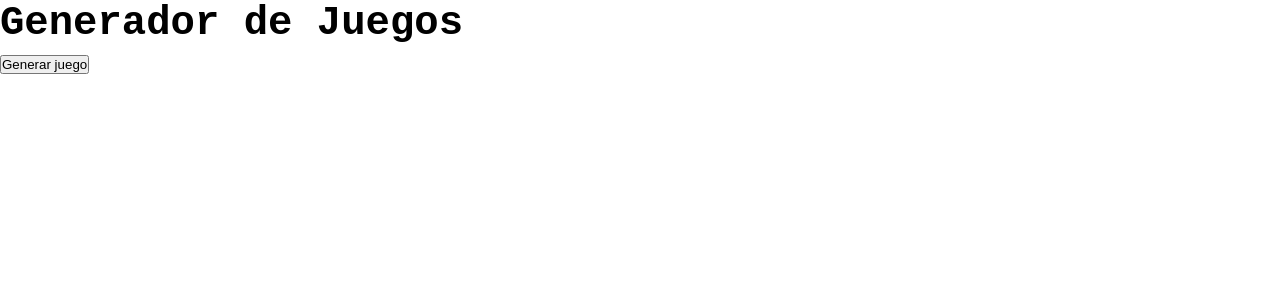
Repository: Pandrea-hub/generador-juegos
Page: public/index.html
The author's editor kept a copy of each file at every save. The page is drawn from the files as they stood at one save, then again after the next save.
The browser window is 1280 px wide. The pictures show the whole page.

Above is the page before, as saved 2022-04-24 18:28:35.

### public/index.html
<!DOCTYPE html>
<html lang="en">
<head>
    <meta charset="UTF-8">
    <meta http-equiv="X-UA-Compatible" content="IE=edge">
    <meta name="viewport" content="width=device-width, initial-scale=1.0">
    <title>Generador de Juegos</title>
    <link rel="stylesheet" href="./style.css">
</head>
<body>
    <header>
        <h1>Generador de Juegos</h1>
    </header>


    <main>
        <section class="main-game--head">
            <div>
                <img id="image">
            </div>
            <div>
                <h2 id="title"></h2>
                <p id="genre"></p>
                <p id="release_date"></p>
            </div>
        </section>
        <section>
            <article class="main-game--contain">
                <p id="description"></p>
                <div class="main-game--information">
                    <p id="publisher"></p>
                    <p id="developer"></p>
                    <p id="platform"></p>
                    <a id="game-url"></a>
                </div>
            </article>

            <button id="btnLoad">Generar juego</button>
        </section>
    </main>

    <footer>

    </footer>



    <script src="./script.js"></script>
</body>
</html>

### public/style.css
*{
    padding: 0;
    margin: 0;
    box-sizing: border-box;
}

html{
    font-size: 62.5%;
    font-family: monospace;
}


h1{
    font-size: 5rem;
}

h2{
    font-size: 3rem;
}

p{
    font-size: 2rem;
}

### public/script.js
console.log("script.js is loaded");

document.querySelector('#btnLoad').addEventListener('click',()=>{
    getGameName();
});


async function getGameName(){
    var response = await fetch('/gamename');
    var data = await response.json();
    var number = random(1,518)
    var img = document.querySelector('#image');
    var a = document.querySelector('#game-url');


    if(data[number]== undefined){
        getGameName();
    }else{
        img.src = data[number].thumbnail;
        img.alt = 'Imagen del juego '+ data[number].title;
        document.querySelector('#title').textContent = data[number].title;
        document.querySelector('#genre').textContent = "Genero: "+data[number].genre;
        document.querySelector('#release_date').textContent = "Fecha de lanzamiento: "+ data[number].release_date;
        document.querySelector('#description').textContent = data[number].short_description;
        document.querySelector('#publisher').textContent = data[number].publisher;
        document.querySelector('#developer').textContent = data[number].developer;
        document.querySelector('#platform').textContent = data[number].platform;
        a.href = data[number].game_url;
        a.textContent = "Ir";
        a.target="_blank";

    }
}

function random(min, max) {
    return Math.floor((Math.random() * (max - min + 1)) + min);
}

After the next save:
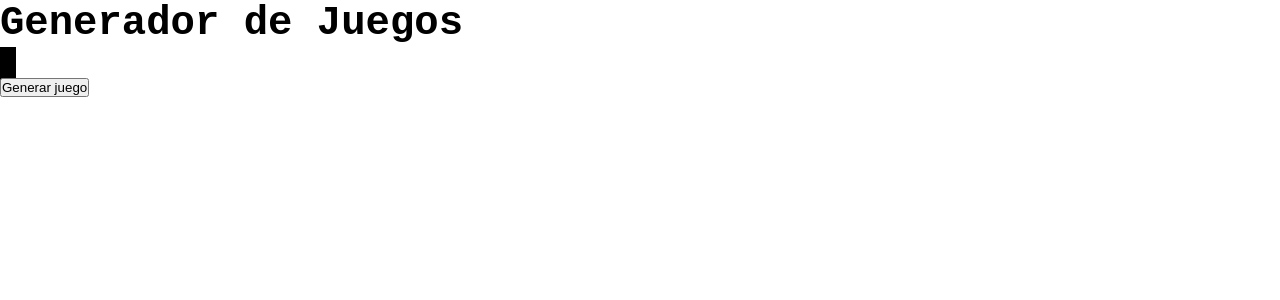
Saved 44 s later.
--- a/public/style.css
+++ b/public/style.css
@@ -21,3 +21,10 @@ h2{
 p{
     font-size: 2rem;
 }
+
+a{
+    font-size: 2.5rem;
+    background-color: black;
+    color: white;
+    padding: 1rem;
+}

After the save that followed:
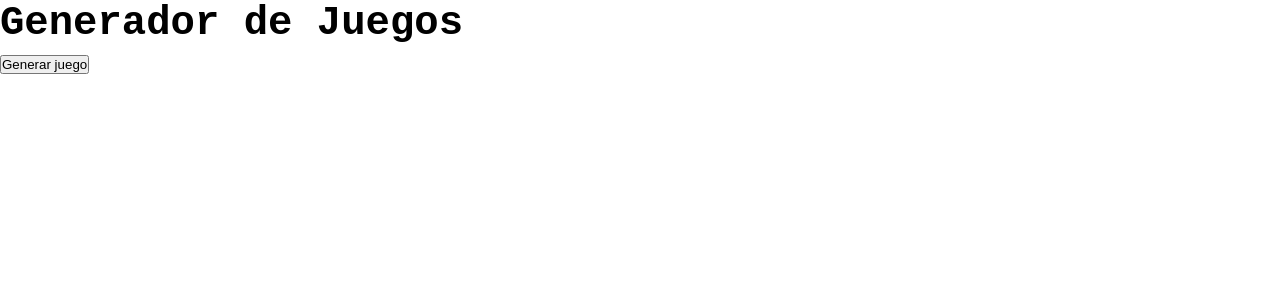
Saved 8 min 16 s later.
--- a/public/style.css
+++ b/public/style.css
@@ -24,7 +24,4 @@ p{
 
 a{
     font-size: 2.5rem;
-    background-color: black;
-    color: white;
-    padding: 1rem;
 }
